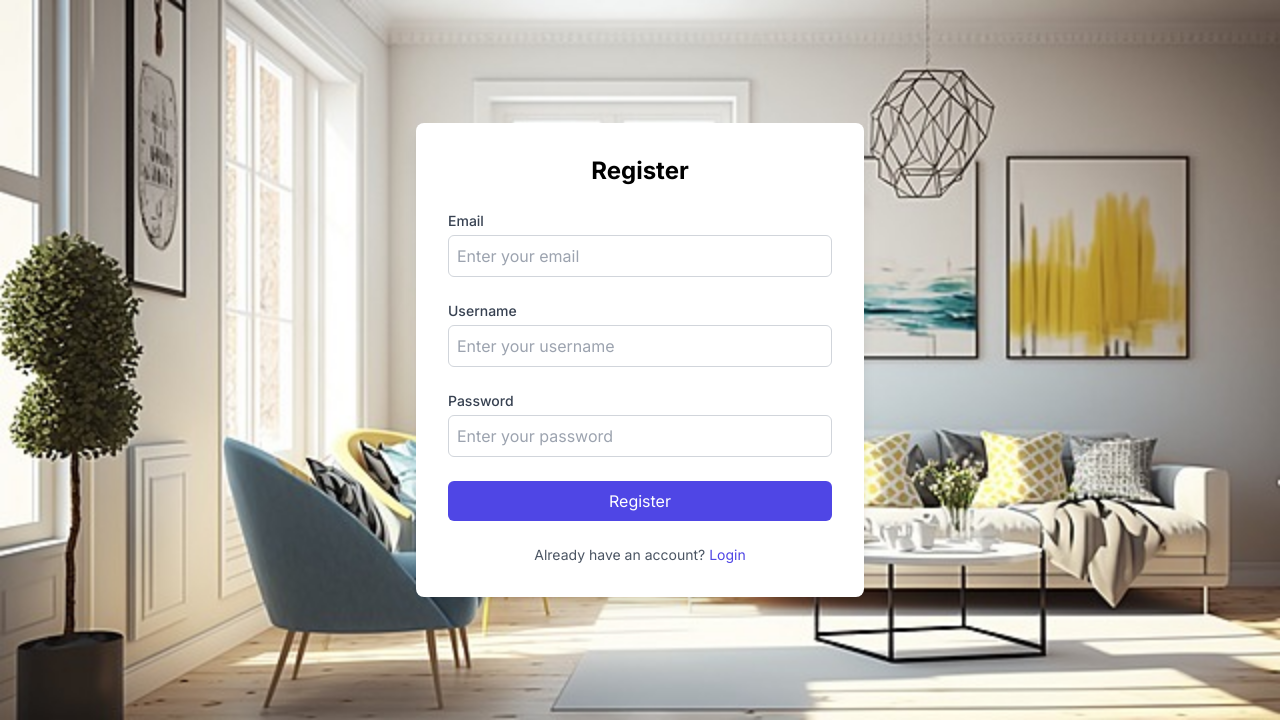
Repository: NassimeElkamari/Horizon-Housing
Page: /register
These files come from the project's save history. The page is drawn as it stood at one moment and after the next save; the edit follows.
The browser window is 1280 px wide. The pictures show the whole page.
The project was rebuilt for these pictures with package versions that can differ from the ones it lists, and the page was loaded fresh each time. The framework's server and built-in components were replaced by stand-ins that run in the browser. Also part of the build but not shown: next.config.mjs.

Above is the page before, as saved 2024-08-28 21:43:46.

After the next save:
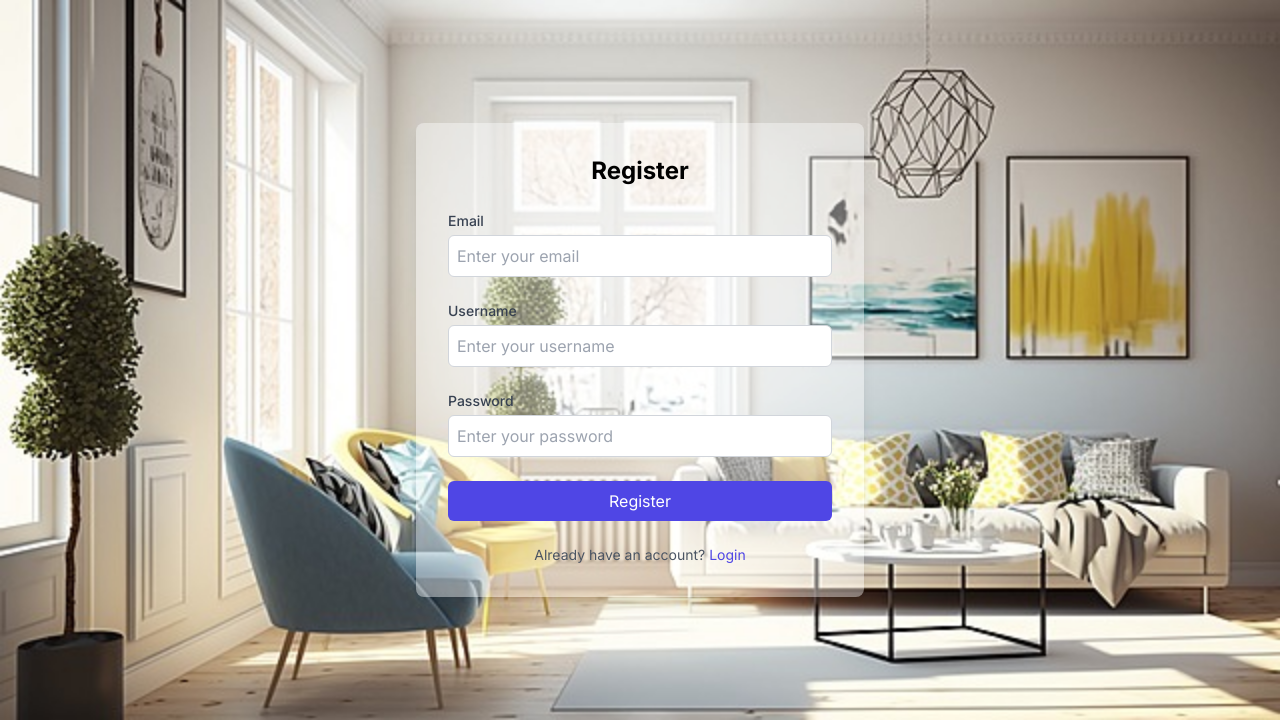
Saved 5 s later.
--- a/src/app/register/page.tsx
+++ b/src/app/register/page.tsx
@@ -33,7 +33,7 @@
 
   return (
     <div className="min-h-screen bg-gray-100 flex items-center justify-center bg-cover"   style={{ backgroundImage: "url('/bg2.jpg')" }}>
-      <div className="bg-white p-8 rounded-lg shadow-lg w-full max-w-md">
+      <div className="bg-white/40 p-8 rounded-lg shadow-lg w-full max-w-md">
         <h2 className="text-2xl font-bold mb-6 text-center">Register</h2>
         {error && <p className="text-red-500 text-center mb-4">{error}</p>}
         <form onSubmit={handleSubmit} className="space-y-6">

After the save that followed:
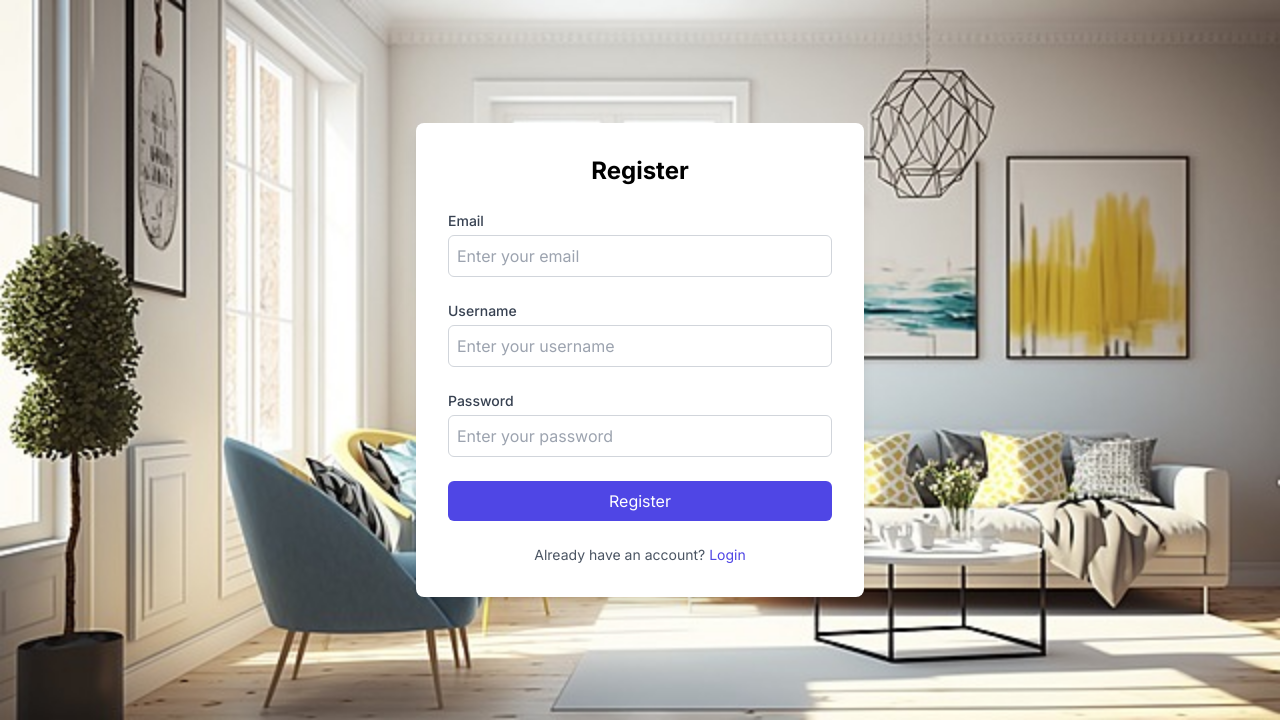
Saved 23 s later.
--- a/src/app/register/page.tsx
+++ b/src/app/register/page.tsx
@@ -33,7 +33,7 @@
 
   return (
     <div className="min-h-screen bg-gray-100 flex items-center justify-center bg-cover"   style={{ backgroundImage: "url('/bg2.jpg')" }}>
-      <div className="bg-white/40 p-8 rounded-lg shadow-lg w-full max-w-md">
+      <div className="bg-white p-8 rounded-lg shadow-lg w-full max-w-md">
         <h2 className="text-2xl font-bold mb-6 text-center">Register</h2>
         {error && <p className="text-red-500 text-center mb-4">{error}</p>}
         <form onSubmit={handleSubmit} className="space-y-6">
